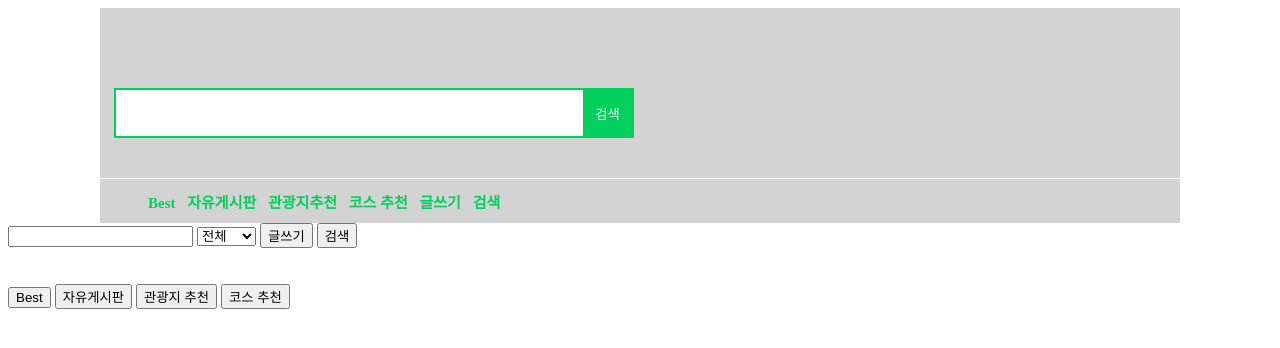
Repository: HJCroCat/project4
Page: http://localhost/koravle/boardMain.jsp
These files come from the project's save history. The page is drawn as it stood at one moment and after the next save; the edit follows.
The browser window is 1280 px wide. The pictures show the whole page.
The page is served by Tomcat 9. Nobody is signed in. The application's start-up code is not run.

Above is the page before, as saved 2021-12-10 10:16:37.

After the next save:
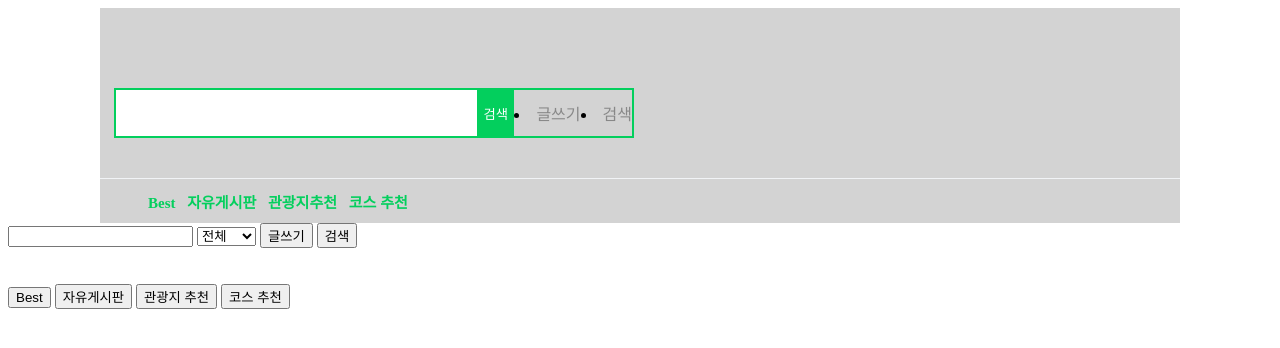
Saved 33 s later.
--- a/koravle/koravle/src/main/webapp/boardMain.jsp
+++ b/koravle/koravle/src/main/webapp/boardMain.jsp
@@ -20,6 +20,8 @@
 	          <button type="submit" tabindex="2">
 	            	검색
 	          </button>
+	          <li><a href="/">글쓰기</a></li>
+	          <li><a href="/">검색</a></li>
 	        </div>
 	      </fieldset>
 	    </form>
@@ -30,8 +32,7 @@
 	          <li><a href="/">자유게시판</a></li>
 	          <li><a href="/">관광지추천</a></li>
 	          <li><a href="/">코스 추천</a></li>
-	          <li><a href="/">글쓰기</a></li>
-	          <li><a href="/">검색</a></li>
+
 	        </ul>
 	      </div>
 	    </nav>
